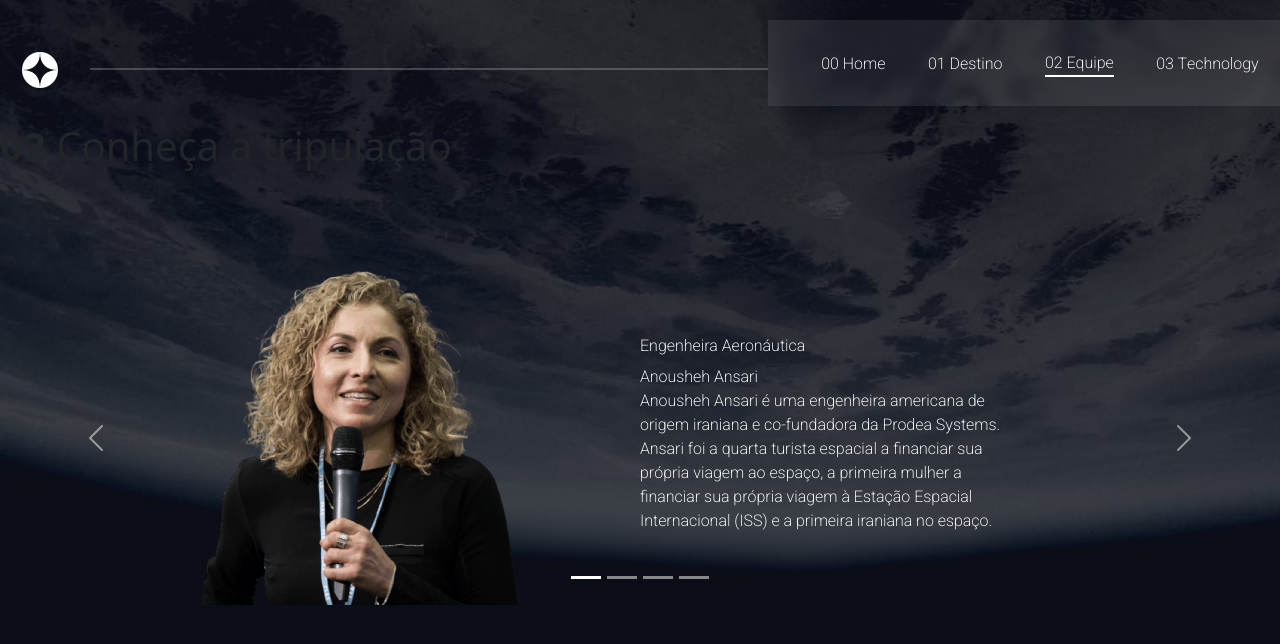
Repository: Leonngc/space-site
Page: crew-commander.html
These files come from the project's save history. The page is drawn as it stood at one moment and after a run of saves; the edit follows.
The browser window is 1280 px wide. The pictures show the whole page.

Above is the page before, as saved 2023-05-01 16:18:23.

### crew-commander.html
<!DOCTYPE html>
<html lang="pt-br">
<head>
  <meta charset="UTF-8">
  <meta name="viewport" content="width=device-width, initial-scale=1, minimum-scale=1">

  <link rel="icon" type="image/png" sizes="32x32" href="./assets/favicon-32x32.png">
  <link rel='stylesheet' href='https://cdn-uicons.flaticon.com/uicons-bold-rounded/css/uicons-bold-rounded.css'>
  <link rel="stylesheet" href="starter-code/styles/menu.css">
  <link rel="stylesheet" href="starter-code/styles/crew.css">

  <link href="https://cdn.jsdelivr.net/npm/bootstrap@5.3.0-alpha3/dist/css/bootstrap.min.css" rel="stylesheet" integrity="sha384-KK94CHFLLe+nY2dmCWGMq91rCGa5gtU4mk92HdvYe+M/SXH301p5ILy+dN9+nJOZ" crossorigin="anonymous">
  <script src="starter-code/script/menu.js" defer></script>
  <title>Frontend Mentor | Space tourism website</title>
</head>
<body>

  <header>
    <a href="index.html" target="_parent"><img src="starter-code/assets/shared/logo.svg" alt="" class="logo"></a>

    <div class="line"></div>
    <nav>
      <button class="menu-button"><i class="fi fi-br-menu-burger"></i></button>
      <ul class="menu">
      <li class="item-menu"><a href="index.html" target="_parent">00 Home</a></li>
      <li class="item-menu"><a href="destination-moon.html" target="_blank">01 Destino</a></li>
      <li class="item-menu page-active"><a href="#">02 Equipe</a></li>
      <li class="item-menu"><a href="#">03 Technology</a></li>
      </ul>
    </nav>
  </header>

  <h1><strong>02</strong> Conheça a tripulação</h1>

  <div id="carouselExampleIndicators" class="carousel slide" style="margin-top: 100px; margin-bottom: 100px;">
    <div class="carousel-indicators">
      <button type="button" data-bs-target="#carouselExampleIndicators" data-bs-slide-to="0" class="active" aria-current="true" aria-label="Slide 1"></button>
      <button type="button" data-bs-target="#carouselExampleIndicators" data-bs-slide-to="1" aria-label="Slide 2"></button>
      <button type="button" data-bs-target="#carouselExampleIndicators" data-bs-slide-to="2" aria-label="Slide 3"></button>
      <button type="button" data-bs-target="#carouselExampleIndicators" data-bs-slide-to="3" aria-label="Slide 4"></button>
    </div>
    <div class="carousel-inner">
      <div class="carousel-item active">
        <img src="starter-code/assets/crew/image-anousheh-ansari.png" class="d-flex w-5" alt="...">
        <div class="text-box">
          <h2>Engenheira Aeronáutica</h2>
          Anousheh Ansari

          <p>
            Anousheh Ansari é uma engenheira americana de origem iraniana e co-fundadora da Prodea Systems. Ansari foi a quarta turista espacial a financiar sua própria viagem ao espaço, a primeira mulher a financiar sua própria viagem à Estação Espacial Internacional (ISS) e a primeira iraniana no espaço.
          </p>
        </div>
      </div>
      <div class="carousel-item">
        <img src="starter-code/assets/crew/image-douglas-hurley.png" class="d-flex w-5" alt="...">

          <div class="text-box">
            <h2>Comandante</h2>
            <h3>Douglas Hurley</h3>
              <p>
                Douglas Gerald Hurley é um engenheiro, ex-piloto do Corpo de Fuzileiros Navais dos Estados Unidos e ex-astronauta da NASA. Ele foi lançado ao espaço pela terceira vez como comandante da missão Crew Dragon Demo-2.
              </p>
          </div>
      </div>
      <div class="carousel-item">
        <img src="starter-code/assets/crew/image-mark-shuttleworth.png" class="d-flex w-5" alt="...">
        <div class="text-box">
          <h2>Especialista em missões</h2>
          <h3>Mark Shuttleworth</h3>
          <p>
            Mark Richard Shuttleworth é o fundador e CEO da Canonical, a empresa por trás do sistema operacional baseado em Linux, o Ubuntu. Shuttleworth se tornou o primeiro sul-africano a viajar para o espaço como turista espacial.
          </p>
        </div>
      </div>
      <div class="carousel-item">
        <img src="starter-code/assets/crew/image-victor-glover.png" class="d-flex w-5" alt="...">
        <div class="text-box">
          <h2>Piloto</h2>
          <h3>Victor Glover</h3>
          <p>
            Piloto do primeiro voo operacional da nave SpaceX Crew Dragon para a Estação Espacial Internacional. Glover é comandante na Marinha dos Estados Unidos, onde pilota um F/A-18. Ele foi membro da tripulação da Expedição 64 e atuou como engenheiro de sistemas de voo da estação.
          </p>
        </div>
      </div>

    </div>
    <button class="carousel-control-prev" type="button" data-bs-target="#carouselExampleIndicators" data-bs-slide="prev">
      <span class="carousel-control-prev-icon" aria-hidden="true"></span>
      <span class="visually-hidden">Previous</span>
    </button>
    <button class="carousel-control-next" type="button" data-bs-target="#carouselExampleIndicators" data-bs-slide="next">
      <span class="carousel-control-next-icon" aria-hidden="true"></span>
      <span class="visually-hidden">Next</span>
    </button>
  </div>


</body>

<script src="https://cdn.jsdelivr.net/npm/@popperjs/core@2.11.7/dist/umd/popper.min.js" integrity="sha384-zYPOMqeu1DAVkHiLqWBUTcbYfZ8osu1Nd6Z89ify25QV9guujx43ITvfi12/QExE" crossorigin="anonymous"></script>
<script src="https://cdn.jsdelivr.net/npm/bootstrap@5.3.0-alpha3/dist/js/bootstrap.min.js" integrity="sha384-Y4oOpwW3duJdCWv5ly8SCFYWqFDsfob/3GkgExXKV4idmbt98QcxXYs9UoXAB7BZ" crossorigin="anonymous"></script>
</html>

### starter-code/styles/menu.css
@import url('https://fonts.googleapis.com/css2?family=Heebo:wght@200&display=swap');

*{
    padding: 0;
    margin: 0;
}


header{
    display: flex;
    justify-content: space-between;
}

.menu{
    display: none;
    margin-top: 20px;
    display: flex;
    width: 40vw ;
    height: 12vh;
    position: relative;
    list-style: none;
    overflow-x: hidden;
    background: rgba(255, 255, 255, 0.21);
    background: rgba(255, 255, 255, 0.08);
    box-shadow: 0 4px 30px rgba(0, 0, 0, 0.1);
    backdrop-filter: blur(5px);
    -webkit-backdrop-filter: blur(5px);
}

.item-menu{
    margin: auto;
}

.item-menu a{
    text-decoration: none;
    font-family: 'Heebo', sans-serif;
    color: white;
}


.line{
    background-color:  rgba(255, 255, 255, 0.21);
    height: 2px;
    width: 1110px;
    margin-top: 68px;
    margin-left: 30px;
}

.logo{
    margin-top: 50px;
    margin-left: 20px;
    width: 40px;
    height: 40px;
    padding: 2px;
}

.page-active{
    border-bottom: 2px solid white;
}

ul li > a:hover{
    font-size: 18px;
    transition: 2s;
}

.menu-button{
    display: none;
}



@media (max-width: 999px){
    .line{
        display: none;
    }
    body{
        overflow-x: hidden;
        max-width: 100vw;
    }


    .menu{
        position: absolute;
        right: 0;
        flex-direction: column;
        width: 80vw;
        height: 90vh;
        z-index: 10000;
        margin: 0;
        border-top-left-radius: 15px;
        border-bottom-left-radius: 15px;
        transform: translateX(100%);
        transition: transform 0.6s ease-in;
        background: rgba(0, 0, 0, 0.392);
        background: rgba(0, 0, 0, 0.545);
        box-shadow: 0 4px 30px rgba(0, 0, 0, 0.1);
        backdrop-filter: blur(5px);
        -webkit-backdrop-filter: blur(5px);
    }




    .menu li{
       color: white;
       font-size: 18px;
       font-weight: bold;
    }

    .menu-button{
        display: block;
        font-size: 40px;
        color: white;
        background: none;
        border: none;
        padding: 10px;
        margin-top: 40px;
    }

    ul.active{
        transform: translateX(0);
    }

}

### starter-code/styles/crew.css
@import url('https://fonts.googleapis.com/css2?family=Barlow&display=swap');
@import url('https://fonts.googleapis.com/css2?family=Heebo:wght@200&display=swap');
/*  font-family: 'Barlow', sans-serif;
    font-family: 'Heebo', sans-serif;
*/

:root{
    --title-font: 'Barlow';
    --paragraph-font: 'Heebo';
}




body{
    background-image: url(../assets/crew/background-crew-desktop.jpg);
    background-size: cover;
    background-repeat: no-repeat;
}



.carousel-inner  img{
    margin: 0;
    margin-left: 200px;
    width: 320px;
    left: 20%;
}

.text-box{
    position: absolute;
    top: 20%;
    left: 50%;
    color: white;
    width: 30vw;
    font-family: var(--paragraph-font);
}

.text-box > h2{
    font-size: 16px;
}

.text-box > h3{
    font-size: 30px;
}

### starter-code/script/menu.js
class MobileNavbar{
    constructor(mobileMenu, navList, navLink){
        this.mobileMenu = document.querySelector(mobileMenu);
        this.navList = document.querySelector(navList);
        this.navLink = document.querySelector(navLink);
        this.activeClass = "active";
        this.handleClick = this.handleClick.bind(this)

    }

    handleClick(){
        this.mobileMenu.classList.toggle(this.activeClass)
    }

    addClickEvent(){
        this.mobileMenu.addEventListener("click", this.handleClick);
    }

    init(){
        if(this.mobileMenu){
            this.addClickEvent();
        }
        return this;
    }
}

const mobileNavbar = new MobileNavbar(
    "nav",
    "ul",
    "ul li",
);

mobileNavbar.init()

After the next 3 saves:
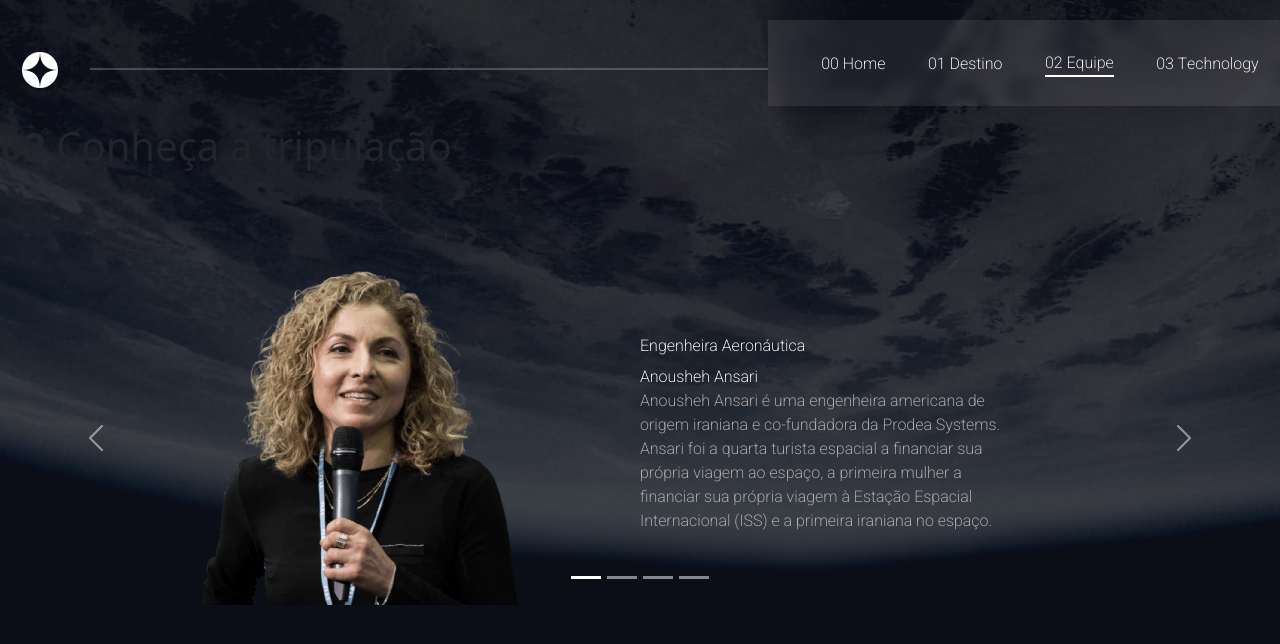
The 3 saves are shown as one change because they came seconds apart.
The last was saved 15 s later.
--- a/starter-code/styles/crew.css
+++ b/starter-code/styles/crew.css
@@ -43,3 +43,7 @@ body{
 .text-box > h3{
     font-size: 30px;
 }
+
+.text-box > p{
+    color: #b4b3b3;
+}
